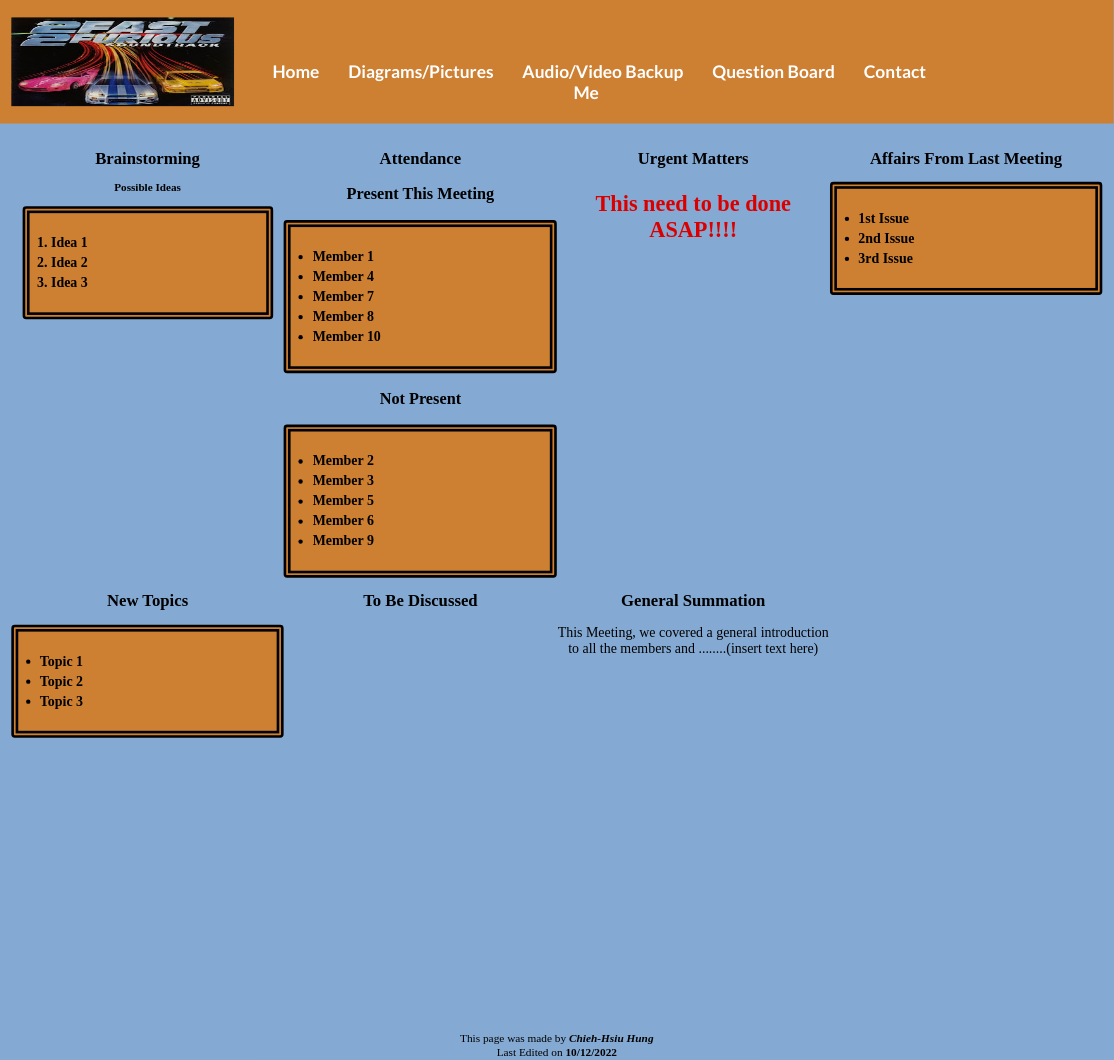
Repository: Chieh0501/fa22-cse110-lab3
Page: index.html
An editor plug-in stored every save of this project. The page is shown before and after the next save, followed by the edit.
The browser window is 1280 px wide. The pictures show the whole page, at 87% of full size.

Above is the page before, as saved 2022-10-13 04:35:40.

After the next save:
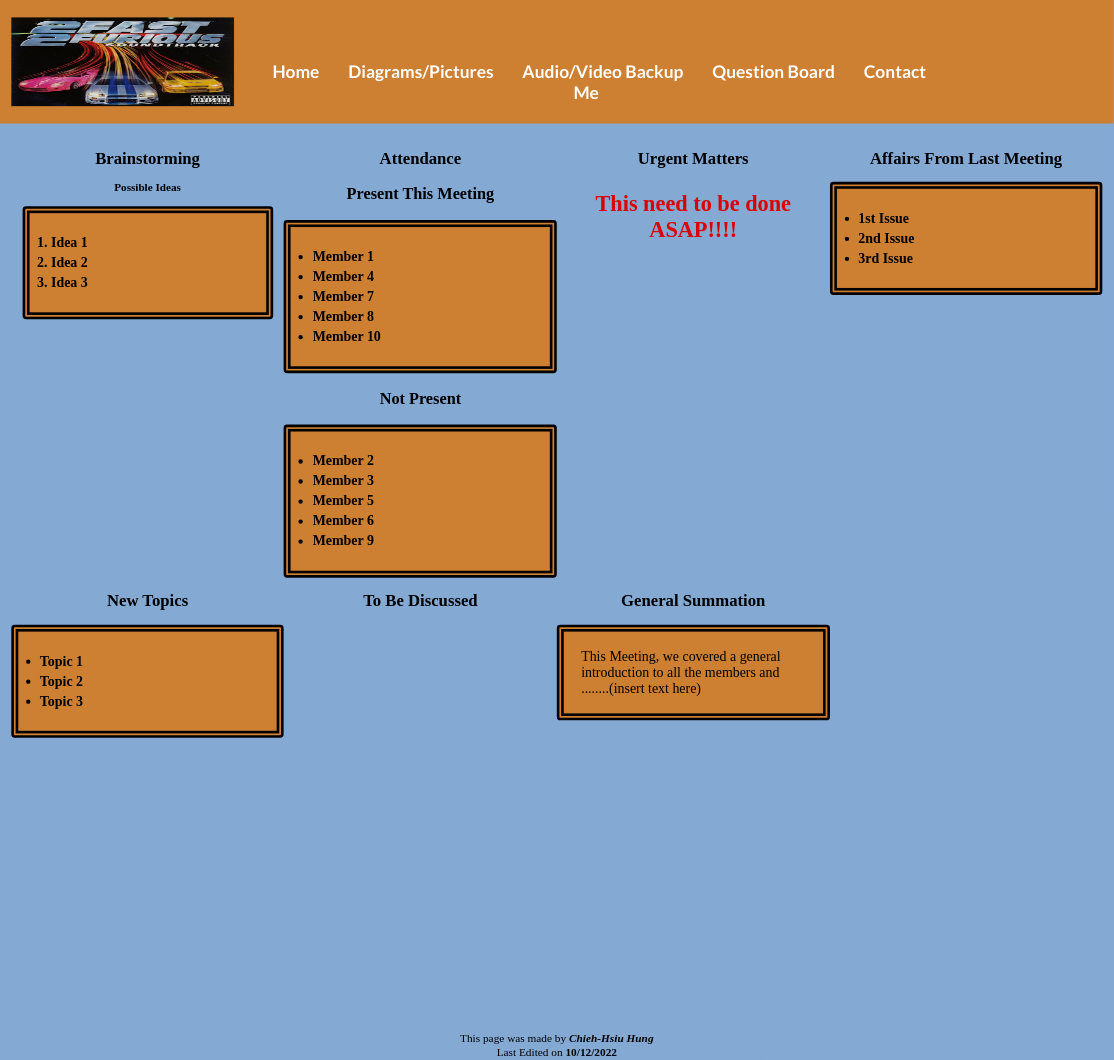
Saved 13 s later.
--- a/styles/main.css
+++ b/styles/main.css
@@ -167,7 +167,7 @@
   padding: 15pt;
   text-align: left;
 }
-.summary p{
+.summation p{
   background-color: var(--accent-color-1);
   border: 8px double black;
   border-radius: 0.25pc;
